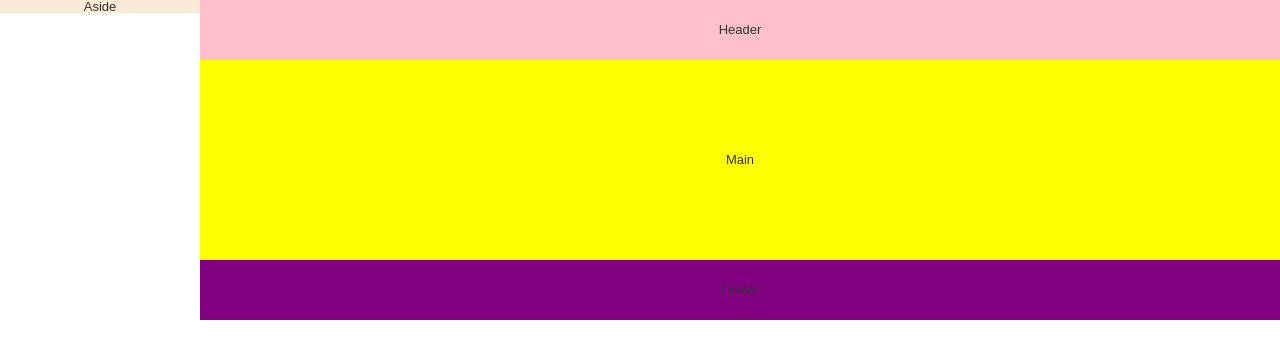
Repository: wuder-jie/Manager-System
Page: /home
An editor plug-in stored every save of this project. The page is shown before and after the next save, followed by the edit.
The browser window is 1280 px wide. The pictures show the whole page.
The project was rebuilt for these pictures with package versions that can differ from the ones it lists, and the page was loaded fresh each time. Also part of the build but not shown: vue.config.js.

Above is the page before, as saved 2022-11-28 13:55:55.

### src/main.js
import Vue from "vue";
import App from "./App.vue";
import ElementUI from "element-ui";
import "element-ui/lib/theme-chalk/index.css";
// 引入reset样式重置文件。
import "@/assets/css/reset.css";
// 引入图标样式
import "font-awesome/css/font-awesome.min.css";
// 引入axios
import service from "@/api/service.js";
// 引入路由器
import router from "@/router";
// 把axios挂载到原型，所有的vc都可访问。
Vue.prototype.service = service;
Vue.config.productionTip = false;
Vue.use(ElementUI);

new Vue({ router, render: (h) => h(App) }).$mount("#app");

### src/App.vue
<template>
  <div id="app">
    <router-view></router-view>
  </div>
</template>

<script>
export default {
  name: "app",
  data() {
    return {};
  },
  components: {},
  methods: {},
};
</script>
<style lang="scss">
.suc {
  background-color: red;
}
</style>

### src/assets/css/reset.css
body {
  font-family:arial,helvetica,sans-serif;
  font-size:13px;
  font-size-adjust:none;
  font-stretch:normal;
  font-style:normal;
  font-variant:normal;
  font-weight:normal;
  line-height:1.4;
  text-align:center;
  }
  *{
    margin: 0;
    padding: 0;
    box-sizing: border-box;
  }
  html,body,#app{
    width: 100%;
    height: 100%;
  }
  body, ul, ol, dl, dd, h1, h2, h3, h4, h5, h6, p, form, fieldset, legend, input, textarea, select, button, th, td {
  margin:0;
  padding:0;
  }
  h1, h2, h3, h4, h5, h6 {
  font-size:100%;
  font-weight:normal;
  }
  table {
  font-size:inherit;
  }
  input, select {
  font-family:arial,helvetica,clean,sans-serif;
  font-size:100%;
  font-size-adjust:none;
  font-stretch:normal;
  font-style:normal;
  font-variant:normal;
  font-weight:normal;
  line-height:normal;
  }
  button {
  overflow:visible;
  }
  th, em, strong, b, address, cite {
  font-style:normal;
  font-weight:normal;
  }
  li {
  list-style-image:none;
  list-style-position:outside;
  list-style-type:none;
  }
  img, fieldset {
  border:0 none;
  }
  ins {
  text-decoration:none;
  }

### src/api/service.js
import axios from "axios";
import { getToken } from "@/utils/localStorage.js";
const service = axios.create({
  baseURL: "/api2",
  timeout: 3000,
});
// 添加请求拦截器
service.interceptors.request.use(
  function (config) {
    // 在发送请求之前做些什么
    // 配置token到headers中。
    if (getToken("TOKEN")) {
      config.headers["token"] = getToken("TOKEN");
    }

    return config;
  },
  function (error) {
    // 对请求错误做些什么
    return Promise.reject(error);
  }
);

// 添加响应拦截器
service.interceptors.response.use(
  function (response) {
    // 对响应数据做点什么
    return response;
  },
  function (error) {
    // 对响应错误做点什么
    return Promise.reject(error);
  }
);
export default service;

### src/router/index.js
import Vue from "vue";
import Router from "vue-router";
Vue.use(Router);
const routes = [
  {
    path: "/",
    redirect: "/login",
  },
  {
    name: "Login",
    path: "/login",
    // 路由懒加载
    component: () => import("@/pages/login"),
  },
  {
    name: "NotFound",
    path: "*",
    // 路由懒加载
    component: () => import("@/components/common/NotFound.vue"),
  },
  {
    name: "Home",
    path: "/home",
    // 路由懒加载
    component: () => import("@/pages/home"),
    // 异步组件
    // component: (resolve) => require(["@/pages/home"], resolve),
  },
];

const router = new Router({
  mode: "history",
  routes,
});
export default router;

### src/utils/localStorage.js
export function setToken(key, value) {
  localStorage.setItem(key, value);
}
export function getToken(key) {
  return localStorage.getItem(key);
}
export function removeToken(key) {
  localStorage.removeItem(key);
}

### src/pages/home/index.vue
<template>
  <div id="home">
    <el-container>
      <el-aside width="200px">Aside</el-aside>
      <el-container>
        <el-header>Header</el-header>
        <el-main>Main</el-main>
        <el-footer>Footer</el-footer>
      </el-container>
    </el-container>
  </div>
</template>

<script>
export default {
  name: "HomeItem",
  data() {
    return {};
  },
  components: {},
  methods: {},
};
</script>
<style lang="scss" scoped>
#home {
  .el-button {
    color: red;
  }
  .el-header,
  .el-footer {
    background-color: #b3c0d1;
    color: #333;
    text-align: center;
    line-height: 60px;
  }

  .el-aside {
    background-color: #d3dce6;
    color: #333;
    text-align: center;
    line-height: 100%;
  }

  .el-main {
    background-color: #e9eef3;
    color: #333;
    text-align: center;
    line-height: 160px;
  }

  body > .el-container {
    margin-bottom: 40px;
  }

  .el-container:nth-child(5) .el-aside,
  .el-container:nth-child(6) .el-aside {
    line-height: 260px;
  }

  .el-container:nth-child(7) .el-aside {
    line-height: 320px;
  }
  .el-aside {
    height: 100%;
    background-color: antiquewhite;
  }
  .el-header {
    background-color: pink;
  }
  .el-main {
    background-color: yellow;
  }
  .el-footer {
    background-color: purple;
  }
}
</style>

Loaded but not shown: public/index.html (common file)

After the next save:
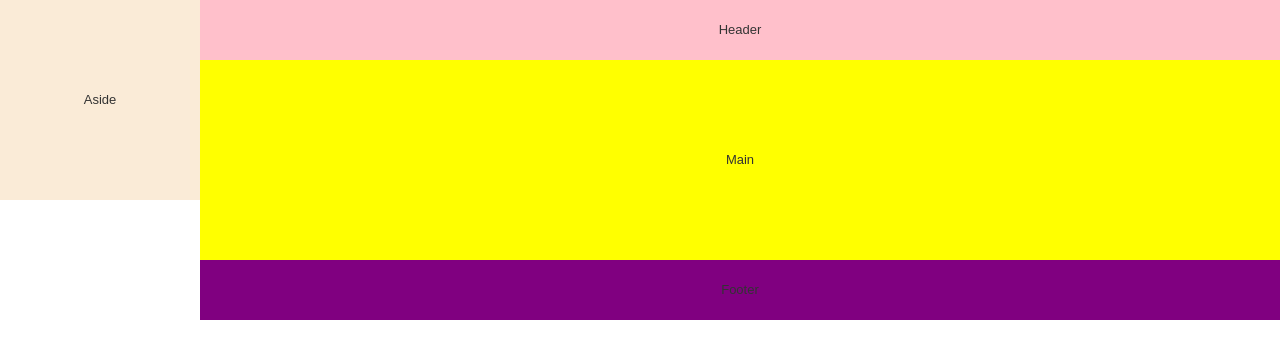
Saved 12 s later.
--- a/src/pages/home/index.vue
+++ b/src/pages/home/index.vue
@@ -38,7 +38,7 @@ export default {
     background-color: #d3dce6;
     color: #333;
     text-align: center;
-    line-height: 100%;
+    line-height: 200px;
   }
 
   .el-main {
